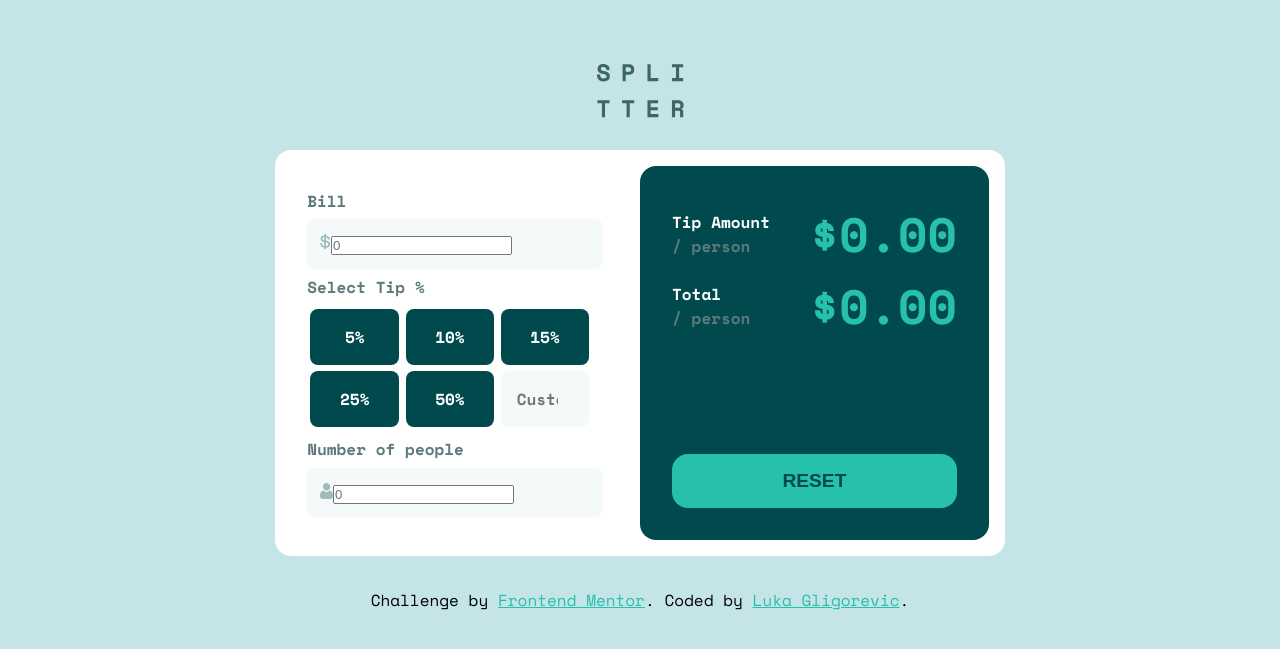
Repository: gligor99/tip-fmentor
Page: /
The author's editor kept a copy of each file at every save. The page is drawn from the files as they stood at one save, then again after the next save.
The browser window is 1280 px wide. The pictures show the whole page.
The project was rebuilt for these pictures with package versions that can differ from the ones it lists, and the page was loaded fresh each time.

Above is the page before, as saved 2021-11-27 18:25:20.

After the next save:
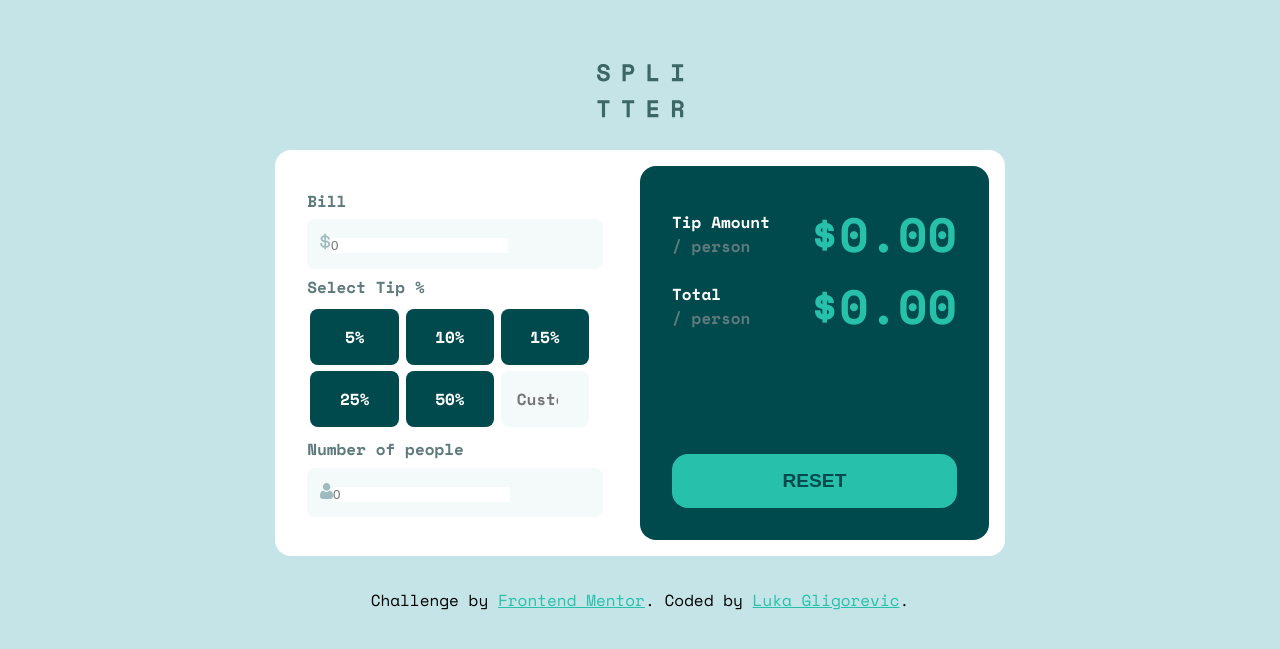
Saved 5 min 24 s later.
--- a/src/index.css
+++ b/src/index.css
@@ -80,6 +80,10 @@ label {
   background-color: var(--clr-light-grayish-cyan2);
 }
 
+input {
+  border: none;
+}
+
 .percentage-btn, .custom-tip{
   padding: 1rem;
   width: 30%;
